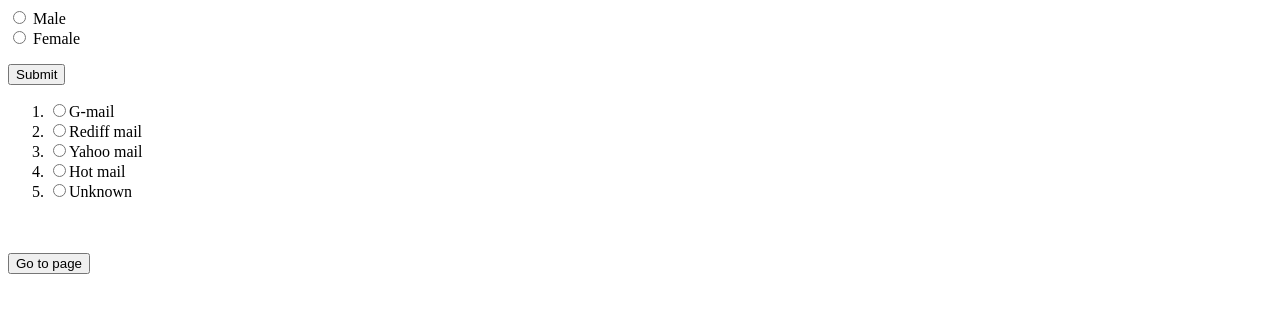
Repository: himangi6550/Servlet
Page: Servlet_Assign-3/WebContent/index.html
These files come from the project's save history. The page is drawn as it stood at one moment and after the next save; the edit follows.
The browser window is 1280 px wide. The pictures show the whole page.

Above is the page before, as saved 2022-02-15 15:16:52.

### Servlet_Assign-3/WebContent/index.html
<!DOCTYPE html>
<html>
<head>
<meta charset="ISO-8859-1">
<title>Index</title>
</head>
<body>
<form action="redirectServlet" method="post">

		<input type="radio" name="gender" value="male"> Male<br>
<input type="radio" name="gender" value="female"> Female<br>
<p><input type="submit" value="Submit"></p>

		<ol>
		<li><input type="radio" name="options" value="gmail"/><label>G-mail</label></li>
		<li><input type="radio" name="options" value="rediff"/><label>Rediff mail</label></li>
		<li><input type="radio" name="options" value="yahoo"/><label>Yahoo mail</label></li>
		<li><input type="radio" name="options" value="hotmail"/><label>Hot mail</label></li>
		<li><input type="radio" name="options" value="unknown"/><label>Unknown</label></li>
		</ol>
		<br><br>
		<input type="submit" value="Go to page"/>
	</form>




</body>
</html>

After the next save:
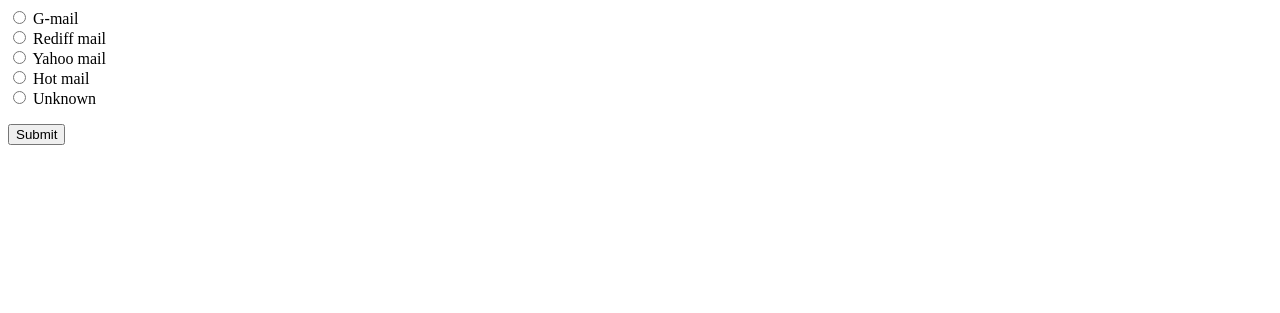
Saved 2 min 25 s later.
--- a/Servlet_Assign-3/WebContent/index.html
+++ b/Servlet_Assign-3/WebContent/index.html
@@ -7,20 +7,14 @@
 <body>
 <form action="redirectServlet" method="post">
 
-		<input type="radio" name="gender" value="male"> Male<br>
-<input type="radio" name="gender" value="female"> Female<br>
+<input type="radio" name="option" value="gmail"> G-mail<br>
+<input type="radio" name="option" value="rediff"> Rediff mail<br>
+<input type="radio" name="option" value="yahoo"> Yahoo mail<br>
+<input type="radio" name="option" value="hotmail"> Hot mail<br>
+<input type="radio" name="option" value="unknown"> Unknown<br>
+
 <p><input type="submit" value="Submit"></p>
-
-		<ol>
-		<li><input type="radio" name="options" value="gmail"/><label>G-mail</label></li>
-		<li><input type="radio" name="options" value="rediff"/><label>Rediff mail</label></li>
-		<li><input type="radio" name="options" value="yahoo"/><label>Yahoo mail</label></li>
-		<li><input type="radio" name="options" value="hotmail"/><label>Hot mail</label></li>
-		<li><input type="radio" name="options" value="unknown"/><label>Unknown</label></li>
-		</ol>
-		<br><br>
-		<input type="submit" value="Go to page"/>
-	</form>
+</form>
 
 
 
